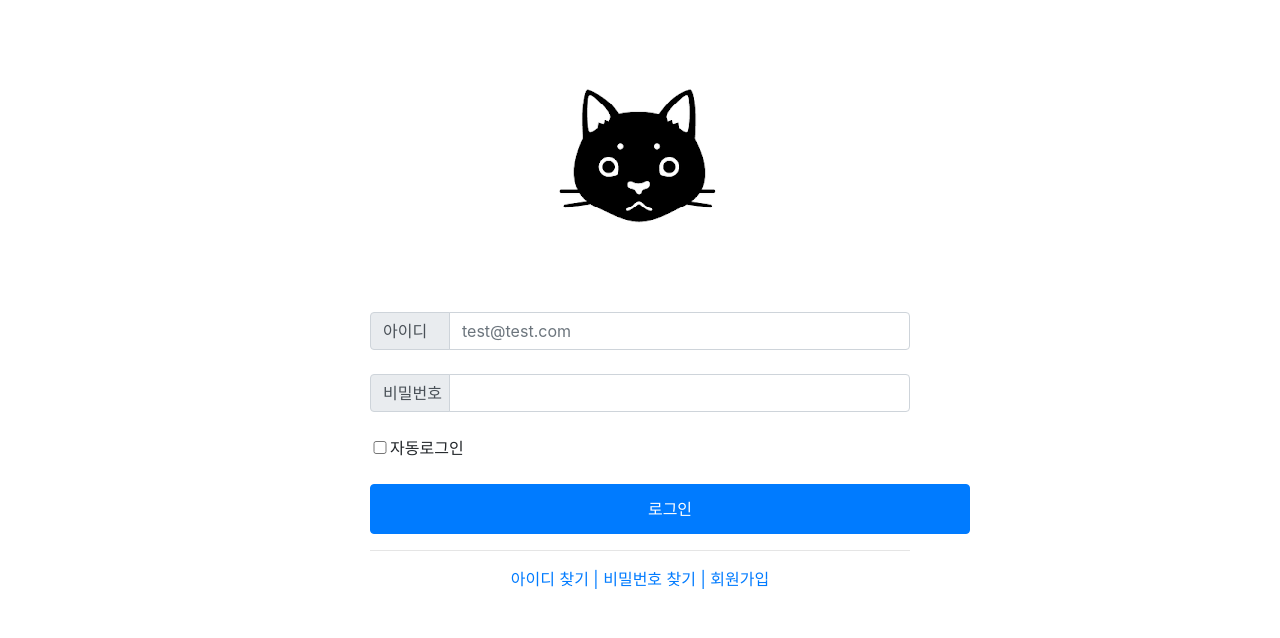
Repository: 0deepsleep/SpringMVCStudy
Page: http://localhost/TestProject/Login.jsp
These files come from the project's save history. The page is drawn as it stood at one moment and after a run of saves; the edit follows.
The browser window is 1280 px wide. The pictures show the whole page.
The page is served by Tomcat 9.

Above is the page before, as saved 2019-06-14 09:45:57.

### TestProject/WebContent/Login.jsp
<%@ page contentType="text/html; charset=UTF-8"%>
<%@ taglib prefix="c" uri="http://java.sun.com/jsp/jstl/core" %>
<%
	request.setCharacterEncoding("UTF-8");
	String cp = request.getContextPath();
%>
<!DOCTYPE html>
<html>
<head>
<meta charset="UTF-8">
<title>Login.jsp</title>
<link rel="stylesheet" href="https://stackpath.bootstrapcdn.com/bootstrap/4.3.1/css/bootstrap.min.css">
<style type="text/css">
	.bolck
	{
		width: 80px;
	}

	.btn
	{
		width: 600px;
		height: 50px
	}


	#err1
	{
		display: none;
		color: red;
		font-size: small;
	}

	#err2
	{
		display: none;
		color: red;
		font-size: small;
	}
	*{text-align:left;}

</style>
<script type="text/javascript" src="https://ajax.googleapis.com/ajax/libs/jquery/3.4.1/jquery.min.js"></script>
<script type="text/javascript">

	$(document).ready(function()
	{
		$("#btn").click(function()
		{

			if($("#userId").val()=="" && $("#userPwd").val()=="")
			{
				$("#err1").css("display", "inline");
				$("#err2").css("display", "inline");
				return;
			}

			$("#err1").css("display", "none");

			if($("#userId").val()=="")
			{
				$("#err1").css("display", "inline");
				return;
			}

			$("#err2").css("display", "none");

			if( $("#userPwd").val()=="")
			{
				$("#err2").css("display", "inline");
				return;
			}

			$("#memberForm").submit();

		});


	});
</script>

</head>
<body>

<div class="text-center container">
	<img src="<%=cp %>/img/cat.png" class="rounded" alt="logo" style="margin-top: 60px;">
  <div class="row" style="margin-top: 60px;">
  	<div class="col-md-6 offset-md-3">
  		<div class="input-group" id="memberForm">
	  		<div class="input-group-prepend">
		    	<span class="input-group-text bolck">아이디</span>
		    </div>
		  <input type="text" id="userId" name="userId" class="form-control"
		  required="required" placeholder="test@test.com">
		    </div>
		    <span id="err1">아이디를 입력해주세요.</span><br>

		<div class="input-group" id="memberForm">
	  		<div class="input-group-prepend">
		    	<span class="input-group-text bolck">비밀번호</span>
		    </div>
		  	<input type="password" id="userPwd" name="userPwd" class="form-control"
		  required="required" >
		</div>
		<span id="err2">비밀번호를 입력해주세요.</span>
		<br><input type="checkbox" style="width: 20px;">자동로그인

		<br><br>
		<button type="button" id="btn" name="btn" class="btn-primary btn">로그인</button>
		<br><hr />

		<div style="text-align: center;">
				<a href="#"> 아이디 찾기 |</a>
				<a href="#"> 비밀번호 찾기 |</a>
				<a href="#"> 회원가입</a>
		</div>
	</div>
  </div>
</div>

</body>
</html>

After the next 2 saves:
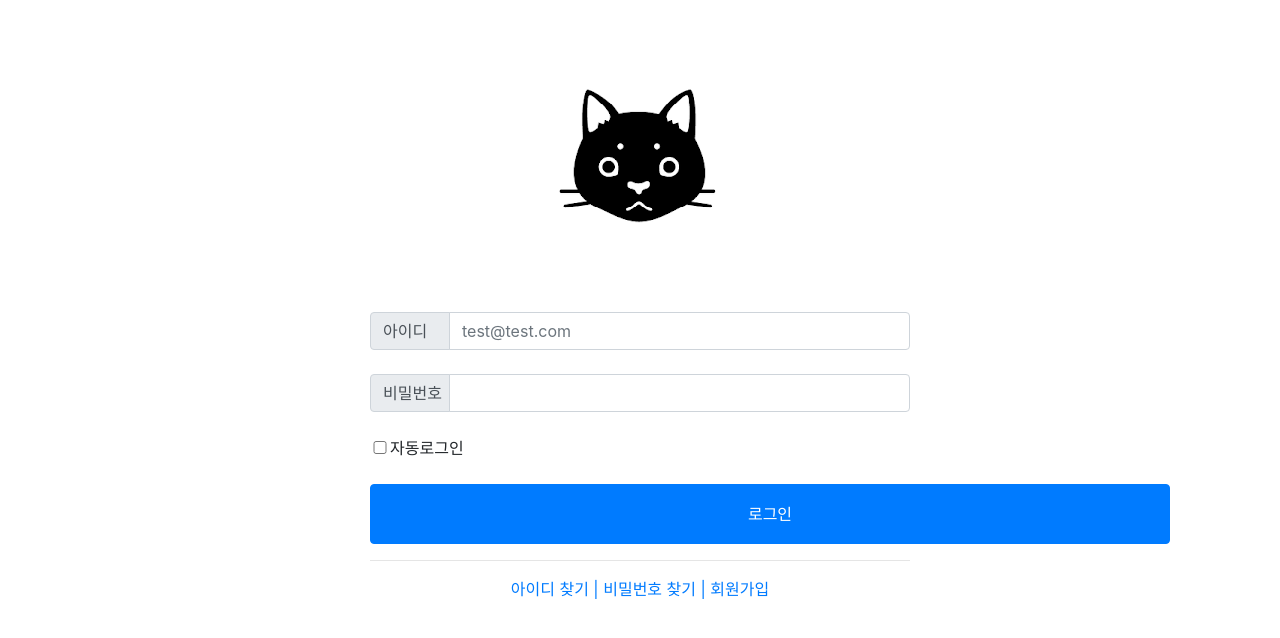
The 2 saves are shown as one change because they came seconds apart.
The last was saved 18 s later.
--- a/TestProject/WebContent/Login.jsp
+++ b/TestProject/WebContent/Login.jsp
@@ -18,8 +18,8 @@
 
 	.btn
 	{
-		width: 600px;
-		height: 50px
+		width: 800px;
+		height: 60px
 	}
 
 
